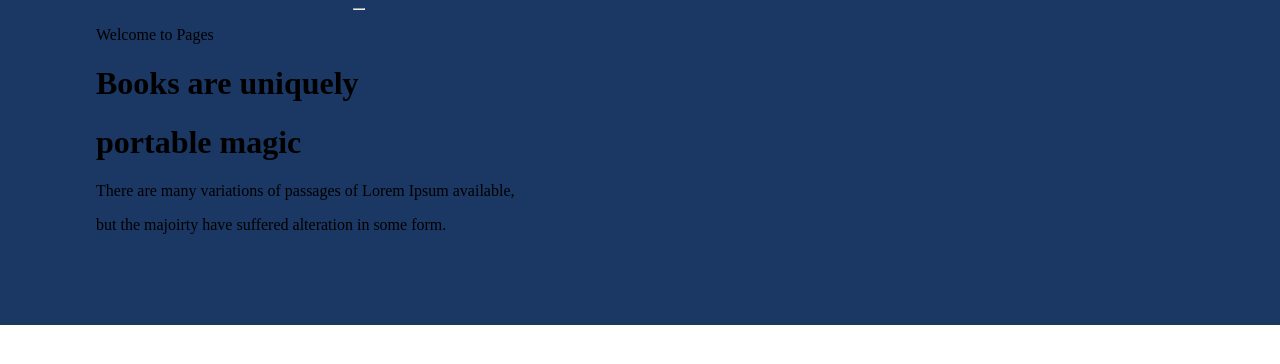
Repository: Godnorg/Class2
Page: index.html
The author's editor kept a copy of each file at every save. The page is drawn from the files as they stood at one save, then again after the next save.
The browser window is 1280 px wide. The pictures show the whole page.

Above is the page before, as saved 2023-02-13 21:35:38.

After the next save:
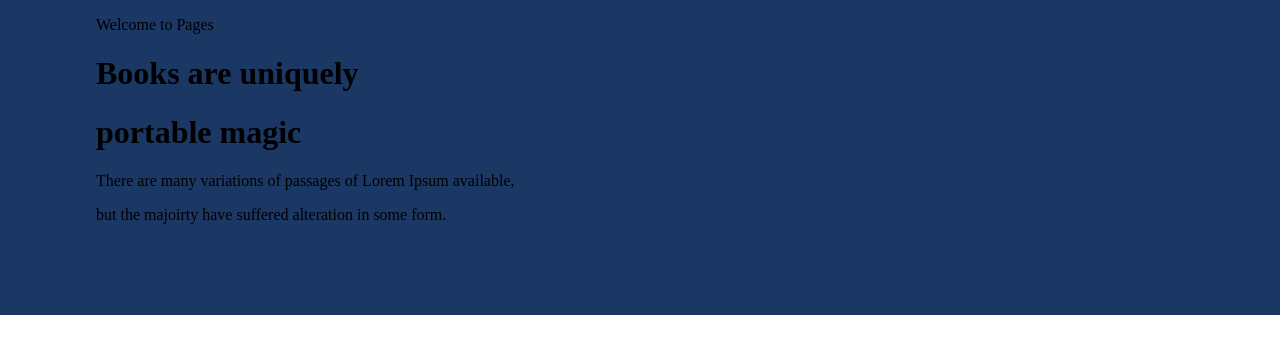
Saved 52 s later.
--- a/index.html
+++ b/index.html
@@ -16,7 +16,7 @@
         <div class="middle">
             <div>
 
-                <hr class="style"><p>Welcome to Pages</p></hr>
+               <p>Welcome to Pages</p></hr>
                 <h1>Books are uniquely</h1>
                 <h1>portable magic</h1>
                 <p>There are many variations of passages of Lorem Ipsum available,</p>
